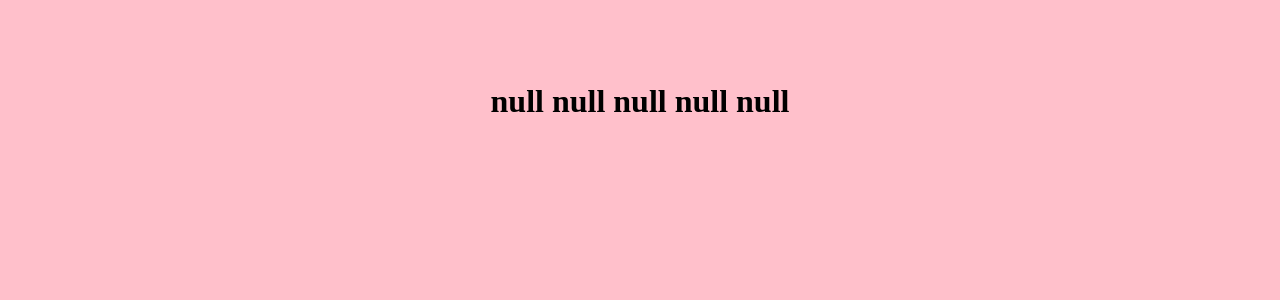
Repository: SrinidhiMiryala/MyRepository
Page: http://localhost/SpringMvc/patient_register
The author's editor kept a copy of each file at every save. The page is drawn from the files as they stood at one save, then again after the next save.
The browser window is 1280 px wide. The pictures show the whole page.
The page is served by Tomcat 9.

Above is the page before, as saved 2022-10-03 00:31:27.

### SpringMvc/src/main/webapp/WEB-INF/one-servlet.xml
<?xml version="1.0" encoding="UTF-8"?>
<beans xmlns="http://www.springframework.org/schema/beans"
    xmlns:xsi="http://www.w3.org/2001/XMLSchema-instance"
    xmlns:context="http://www.springframework.org/schema/context"
    xmlns:mvc="http://www.springframework.org/schema/mvc"
    xsi:schemaLocation="
        http://www.springframework.org/schema/beans
        http://www.springframework.org/schema/beans/spring-beans.xsd
        http://www.springframework.org/schema/context
        http://www.springframework.org/schema/context/spring-context.xsd
        http://www.springframework.org/schema/mvc
        http://www.springframework.org/schema/mvc/spring-mvc.xsd">

        <context:component-scan base-package="com.ex"></context:component-scan>

 <bean class="org.springframework.web.servlet.view.InternalResourceViewResolver">
 <property name="prefix" value="/WEB-INF/jsp/"></property>
 <property name="suffix" value=".jsp"/>


 </bean>


</beans>

### SpringMvc/src/main/webapp/WEB-INF/jsp/display.jsp
<%@ page language="java" contentType="text/html; charset=ISO-8859-1"
    pageEncoding="ISO-8859-1"%>
<!DOCTYPE html>
<html>
<body bgcolor="pink">
<br><br><br>
<h1 align="center">
<%=request.getAttribute("name") %>
<%=request.getAttribute("password") %>
<%=request.getAttribute("email") %>
<%=request.getAttribute("address") %>
<%=request.getAttribute("mobile") %> </h1>
</body>
</html>

### SpringMvc/src/main/java/com/ex/AppointmentController.java
package com.ex;

import javax.servlet.http.HttpServletRequest;
import javax.servlet.http.HttpServletResponse;

import org.springframework.stereotype.Controller;
import org.springframework.web.bind.annotation.RequestMapping;

@Controller
public class AppointmentController {

	@RequestMapping("/patient_register")
	public String register(HttpServletRequest request,HttpServletResponse response) {
		String name= request.getParameter("name");
		String password = request.getParameter("password");
		String email = request.getParameter("email");
		String mobile = request.getParameter("phone");
		String address = request.getParameter("address");

		request.setAttribute("name", name);
		request.setAttribute("password", password);
		request.setAttribute("email", email);
		request.setAttribute("mobile", mobile);
		request.setAttribute("address", address);


		return "display";

	}

}

After the next save:
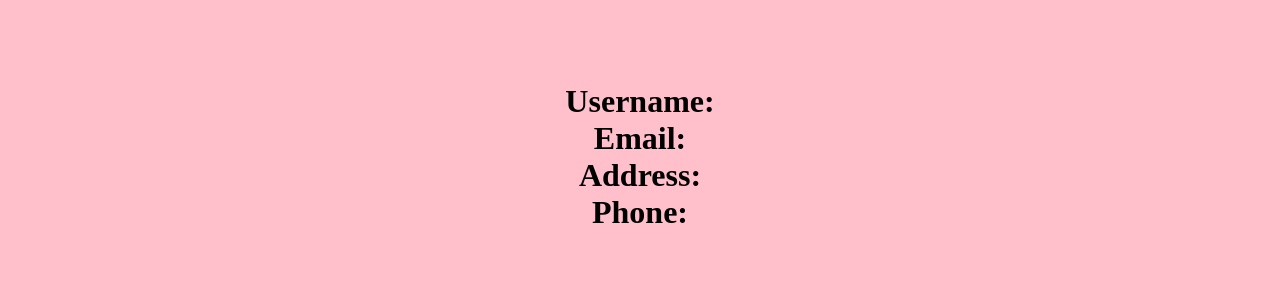
Saved 5 min 8 s later.
--- a/SpringMvc/src/main/webapp/WEB-INF/jsp/display.jsp
+++ b/SpringMvc/src/main/webapp/WEB-INF/jsp/display.jsp
@@ -5,10 +5,13 @@
 <body bgcolor="pink">
 <br><br><br>
 <h1 align="center">
-<%=request.getAttribute("name") %>
-<%=request.getAttribute("password") %>
-<%=request.getAttribute("email") %>
-<%=request.getAttribute("address") %>
-<%=request.getAttribute("mobile") %> </h1>
+Username:${name}
+<br>
+Email:${email }
+<br>
+Address:${address }
+<br>
+Phone:${mobile}
+</h1>
 </body>
 </html>
